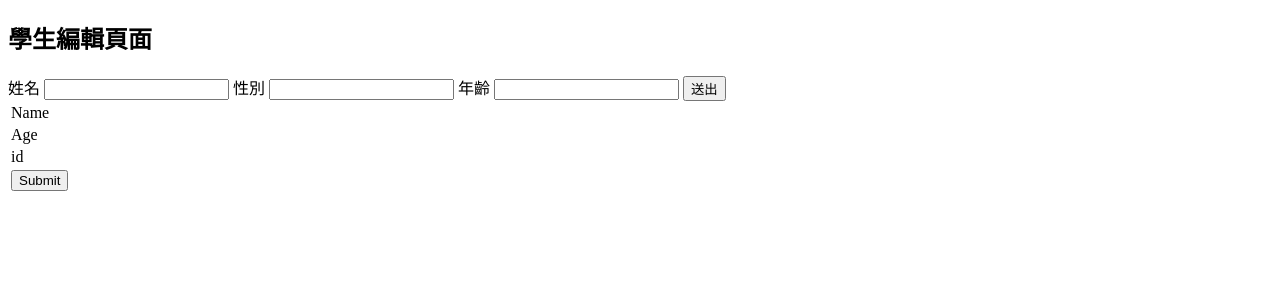
Repository: AirconChen/PracticeSpringMVC
Page: http://localhost/FormSpringMVCWAR/demo/edit
The author's editor kept a copy of each file at every save. The page is drawn from the files as they stood at one save, then again after the next save.
The browser window is 1280 px wide. The pictures show the whole page.
The page is served by Tomcat 9.

Above is the page before, as saved 2015-11-11 04:14:48.

After the next save:
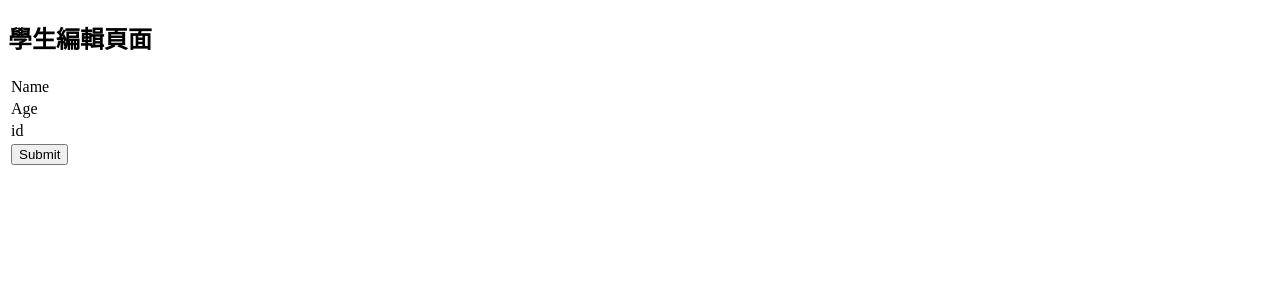
Saved 4 s later.
--- a/FormSpringMVCWAR/WebContent/WEB-INF/jsp/edit.jsp
+++ b/FormSpringMVCWAR/WebContent/WEB-INF/jsp/edit.jsp
@@ -8,16 +8,6 @@
 </head>
 <body>
 	<h2>學生編輯頁面</h2>
-	<form:form method="POST" action="/demo/result">
-		<label for="name">姓名 <input type="text" name="name" value="" />
-		</label>
-		<label for="gender">性別 <input type="text" name="gender"
-			value="" />
-		</label>
-		<label for="age">年齡 <input type="text" name="age" value="" />
-		</label>
-		<input type="submit" value="送出" />
-	</form:form>
 	<form:form method="POST" action="/demo/result">
 		<table>
 			<tr>
